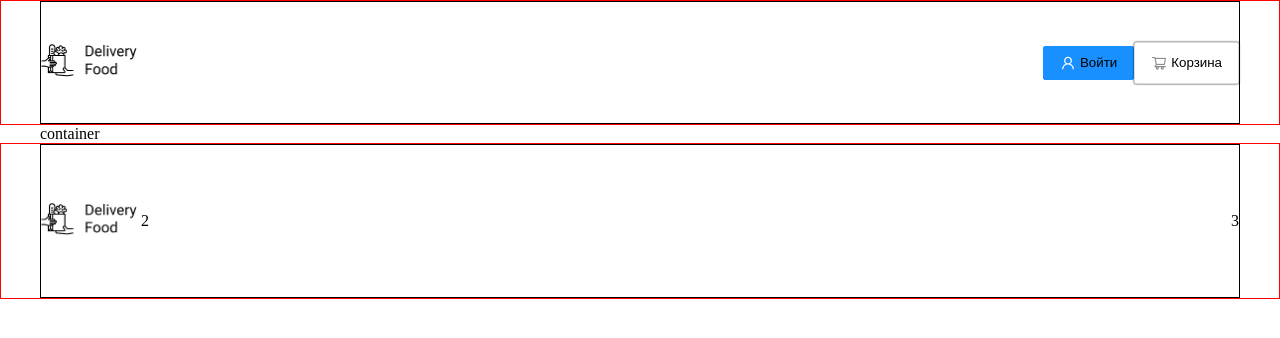
Repository: Valera1994/WebTestProject
Page: delivery/index.html
These files come from the project's save history. The page is drawn as it stood at one moment and after the next save; the edit follows.
The browser window is 1280 px wide. The pictures show the whole page.

Above is the page before, as saved 2025-09-14 21:57:57.

### delivery/index.html
<!DOCTYPE html>
<html lang="ru">
<head>
    <meta charset="UTF-8">
    <meta name="viewport" content="width=device-width, initial-scale=1.0">
    <link rel="stylesheet" href="style.css">
    <title>Delivery Food</title>
</head>
<body>
    <header class="header">
        <div class="container">
            <div class="header-box">
                <div class="header-logo logo">
                    <img src="./images/logo.png" alt="logo">
                </div>
                <div class="header-controls">
                    <button class="btn btn-primary">
                        <img src="./icons/user.png" alt="user">
                        Войти
                    </button>
                    <button class="btn btn-outline">
                        <img src="./icons/shopping.png" alt="shopping">
                        Корзина
                    </button>
                </div>
            </div>
        </div>
    </header>

    <main class="main">
        <div class="container">
            container
        </div>
    </main>

    <footer class="footer">
        <div class="container">
            <div class="footer-box">
                <div class="footer-logo logo">
                    <img src="./images/logo.png" alt="logo">
                </div>
                <div class="footer-nav">2</div>
                <div class="footer-social">3</div>
            </div>
        </div>
    </footer>
</body>
</html>

### delivery/style.css
* {
    box-sizing: border-box;
}

body{
    margin: 0;
    padding: 0;
}

.btn{
    display: flex;
    padding: 8px 16px;
    align-items: center;
    gap: 4px;
    outline: none;
}

.btn-primary{
    background: #1890FF;
    border-radius: 2px;
    border: 1px solid #1890FF;
}

.btn-outline{
    background: #FFFFFF;
    border: 1px solid #D9D9D9;
    border-radius: 2px;
    box-shadow: 0 0 2px 0 black;
}

.header{
    height: 125px;
    border: 1px solid red;
}

.logo{
    max-width: 100px;
}

.logo img{
    width: 100%;
}

.header-box{
    border: 1px solid black;
    height: 100%;
    display: flex;
    align-items: center;
    justify-content: space-between;
}

.header-controls{
    display: flex;
    align-items: center;
    justify-content: flex-end;
}

.main{

}

.footer{
    height: 156px;
    border: 1px solid red;
}

.footer-box{
    border: 1px solid black;
    height: 100%;
    display: flex;
    align-items: center;
    justify-content: space-between;
}

.footer-nav{
    flex-grow: 1;
}

.container{
    height: 100%;
    width: 1230px;
    margin: 0px auto;
    padding-left: 15px;
    padding-right: 15px;
}

After the next save:
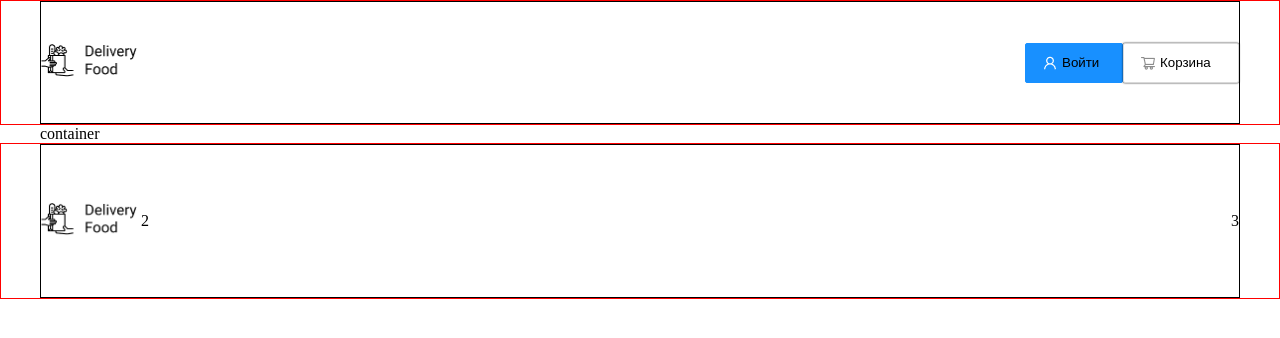
Saved 12 min 14 s later.
--- a/delivery/style.css
+++ b/delivery/style.css
@@ -19,6 +19,8 @@ body{
     background: #1890FF;
     border-radius: 2px;
     border: 1px solid #1890FF;
+    height: 40px;
+    width: 98px;
 }
 
 .btn-outline{
@@ -26,6 +28,8 @@ body{
     border: 1px solid #D9D9D9;
     border-radius: 2px;
     box-shadow: 0 0 2px 0 black;
+    height: 40px;
+    width: 116px;
 }
 
 .header{
